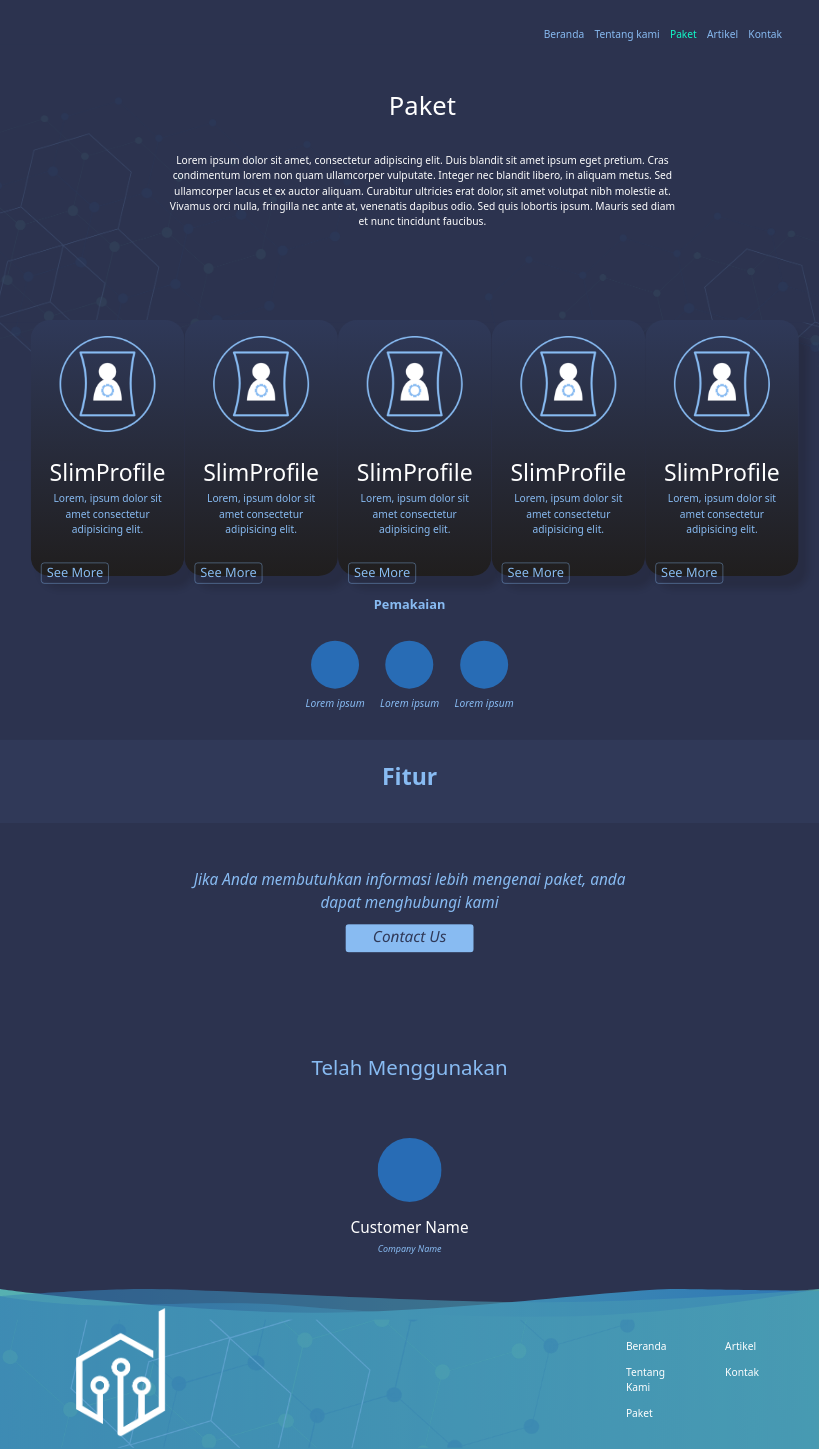
Repository: alfathard/dniztechno
Page: resources/views/productfront/show.blade.php
These files come from the project's save history. The page is drawn as it stood at one moment and after the next save; the edit follows.
The browser window is 1280 px wide. The pictures show the whole page, at 64% of full size.
Some web libraries are served in a nearby version. The page is served by the project's Laravel application, run on PHP 8.4 with Laravel 8. The template is opened directly, without the code that normally fills it, so the values that code supplies are empty.

Above is the page before, as saved 2025-03-22 09:40:31.
Console error: ReferenceError: $ is not defined

After the next save:
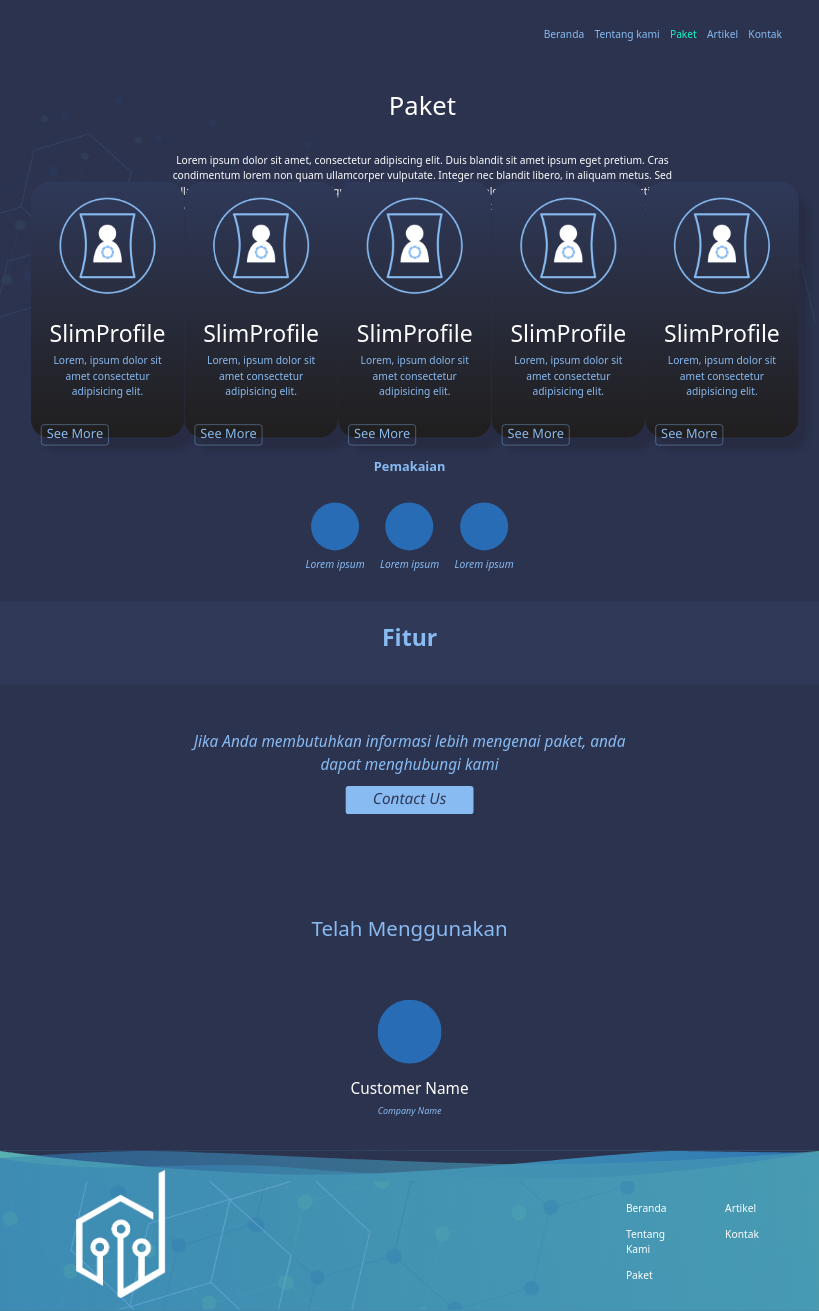
Saved 19 s later.
--- a/resources/views/productfront/show.blade.php
+++ b/resources/views/productfront/show.blade.php
@@ -12,8 +12,8 @@
     </head>
 
     <body id="home">
-        <div class="ss-heading-warp">
-            <div class="jumbotron ss-heading" style="height: 70%">
+        <div class="ss-heading-warp" style="height: 70%">
+            <div class="jumbotron ss-heading">
                 <nav class="navbar navbar-expand fixed-top" id="mainNav">
                     <button class="navbar-toggler" type="button" data-bs-toggle="collapse" data-bs-target="#navbarResponsive" aria-controls="navbarResponsive" aria-expanded="false" aria-label="Toggle navigation"><span class="navbar-toggler-icon"></span></button>
                         <div class="collapse navbar-collapse" id="navbarResponsive">
